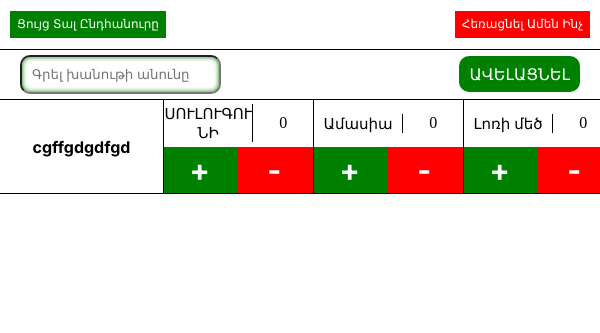
Repository: AbApin/amasia
Page: /
An editor plug-in stored every save of this project. The page is shown before and after a run of saves, followed by the edit.
The browser window is 600 px wide. The pictures show the whole page.
The project was rebuilt for these pictures with package versions that can differ from the ones it lists, and the page was loaded fresh each time. Also part of the build but not shown: vue.config.js.

Above is the page before, as saved 2023-02-03 11:44:49.

After the next 2 saves:
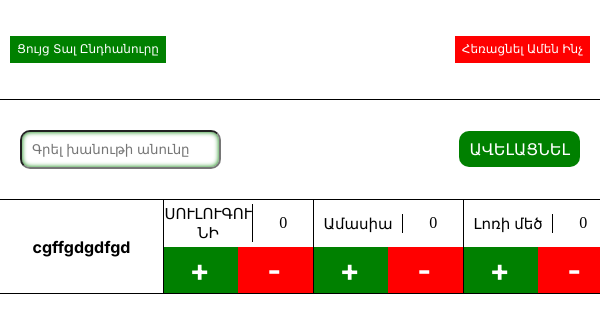
The 2 saves are shown as one change because they came seconds apart.
The last was saved 9 s later.
--- a/src/app.css
+++ b/src/app.css
@@ -259,6 +259,7 @@ ul {
 @media screen and (max-width: 767px) {
   .header {
     flex-direction: column-reverse;
+    height: 200px;
   }
   .avelacnelXanut {
     padding: 20px;
